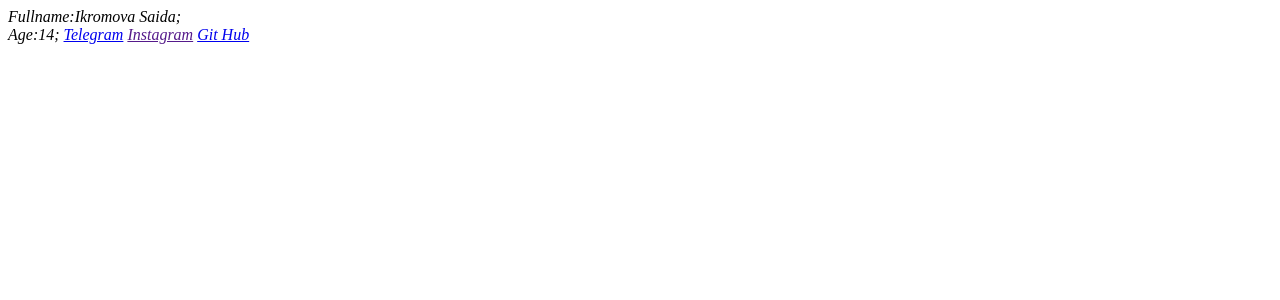
Repository: KHANas02/JS_first-lesson
Page: portfolio.html
The author's editor kept a copy of each file at every save. The page is drawn from the files as they stood at one save, then again after a run of saves.
The browser window is 1280 px wide. The pictures show the whole page.

Above is the page before, as saved 2024-03-23 09:37:45.

### portfolio.html
<!DOCTYPE html>
<html lang="en">
<head>
    <meta charset="UTF-8">
    <meta name="viewport" content="width=device-width, initial-scale=1.0">
    <title>About me</title>
    <link rel="stylesheet" href="./index.html">
    <style>
address:hover{
    scale: 125%;

}
    </style>
</head>
<body>
    <address>
     Fullname:Ikromova Saida;
     <br>
     Age:14;
     <a href="https://t.me/gsi77">Telegram</a>
     <a href="">Instagram</a>
     <a href="https://github.com/saidagafurova">Git Hub</a>
    </address>
</body>
</html>

### index.html
<!DOCTYPE html>
<html lang="en">
  <head>
    <meta charset="UTF-8" />
    <meta name="viewport" content="width=device-width, initial-scale=1.0" />
    <title>Market</title>
    <link rel="stylesheet" href="./style.css" />
  </head>
  <body>
    <video autoplay loop muted plays-inline class="background-video">
      <source
        src="https://github.com/ecemgo/mini-samples-great-tricks/assets/13468728/82f375e7-244f-4c21-90ac-9abd7549ed05"
        type="video/mp4"
      />
    </video>


      <input type="checkbox" id="check" />
      <label for="check" class="icons">
        <i class="bx bx-menu" id="menu-icon"></i>
        <i class="bx bx-x" id="close-icon"></i>
      </label>

      <nav class="navbar">
        <a target="_blank" href="#" class="nav-item" style="--i: 0">Home</a>
        <a target="_blank" href="#" class="nav-item" style="--i: 1">Book</a>
        <a target="_blank" href="#" class="nav-item" style="--i: 2">Favorites</a>
        <a target="_blank" href="#" class="nav-item" style="--i: 3">Contact</a>
        <a target="_blank" href="#" class="nav-item" style="--i: 4">About us</a>
        <a target="_blank" href="#" class="nav-item" style="--i: 5">Services</a>
            <a target="_blank" href="#" class="nav-item" style="--i: 6">Services</a>
               <a target="_blank" href="portfolio.html" class="nav-item" style="--i: 7">Portfolio</a>
                  <a target="_blank" href="sale.html" class="nav-item" style="--i: 6">Sale</a>
                     <a target="_blank" href="location.html" class="nav-item" style="--i: 6">Our location</a>
                  <a target="_blank" href="feedback.html" class="nav-item" style="--i: 8">Feedback</a>
      </nav>


    <section class="content">
      <h1>
        Saida's Company
      </h1>
      <a href="#" class="btn light"></a>
    </section>

    <div class="container">
      <div class="card">
        <img src="photo_2024-02-25_17-26-45.jpg" />
        <div class="card__head">Costs:10.000 Sum</div>
      </div>
      <div class="card">
        <img src="photo_2024-02-26_21-07-56.jpg" />
        <div class="card__head">Costs:5.000 Sum</div>
      </div>

        <div class="card">
        <img src="photo_2024-02-26_21-07-54.jpg" />
        <div class="card__head">Costs:7.000 Sum</div>

      </div>

      <div class="card">
        <img src="photo_2024-03-22_22-08-20.jpg" />
        <div class="card__head">Costs:7.000 Sum</div>
      </div>
      <div class="card">
        <img src="photo_2024-03-22_22-21-49.jpg" />
        <div class="card__head">Costs:7.000 Sum</div>
      </div>
    </div>


  </body>
</html>

After the next 2 saves:
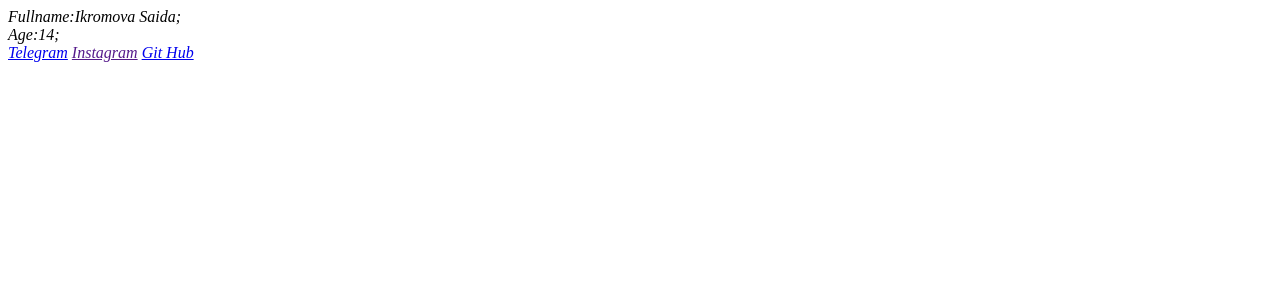
The 2 saves are shown as one change because they came seconds apart.
The last was saved 6 s later.
--- a/portfolio.html
+++ b/portfolio.html
@@ -16,7 +16,7 @@
     <address>
      Fullname:Ikromova Saida;
      <br>
-     Age:14;
+     Age:14;<br>
      <a href="https://t.me/gsi77">Telegram</a>
      <a href="">Instagram</a>
      <a href="https://github.com/saidagafurova">Git Hub</a>
